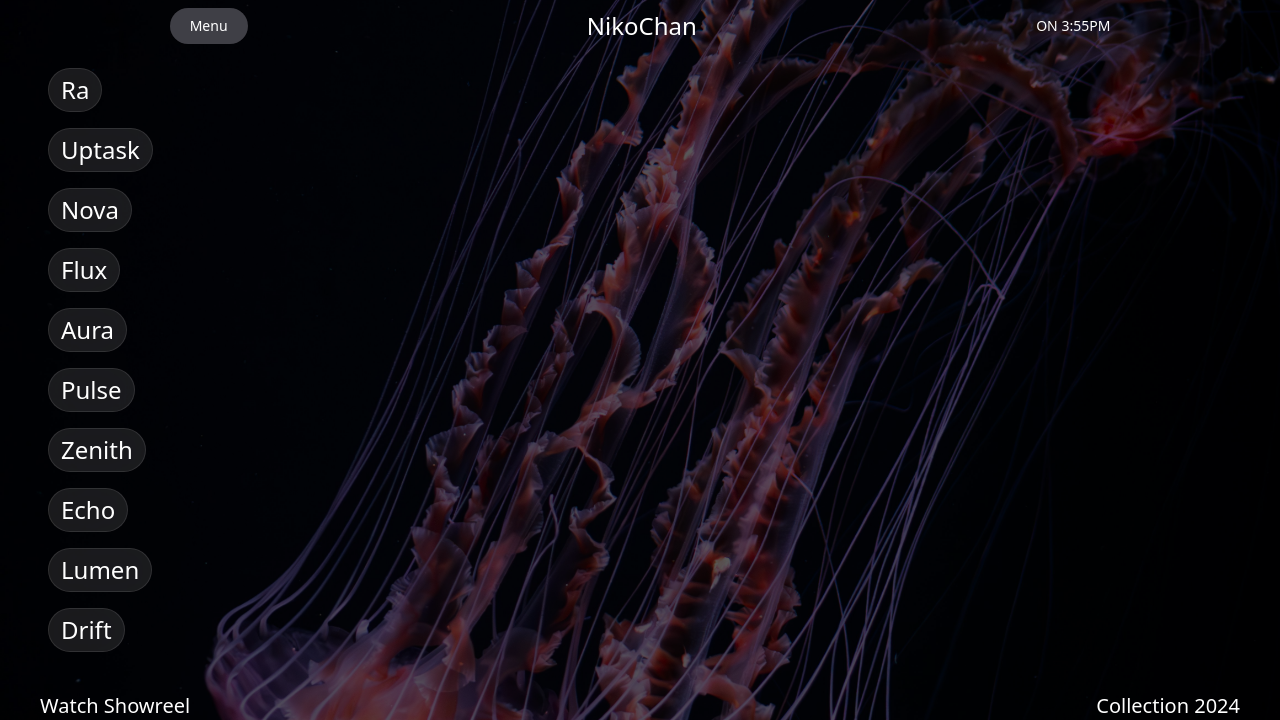
Repository: nikhilsinghrathore1/Niks_indian_local
Page: /
An editor plug-in stored every save of this project. The page is shown before and after the next save, followed by the edit.
The browser window is 1280 px wide. The pictures show the whole page.
The project was rebuilt for these pictures with package versions that can differ from the ones it lists, and the page was loaded fresh each time. Also part of the build but not shown: vite.config.ts.

Above is the page before, as saved 2024-08-27 10:53:01.

### src/App.tsx
import { useState } from 'react'
import reactLogo from './assets/react.svg'
import viteLogo from '/vite.svg'
import './App.css'
import Landing from './Components/Landing'

function App() {
  const [count, setCount] = useState(0)

  return (
    <>

      <Landing/>
    </>
  )
}

export default App

### src/App.css
@font-face {
               font-family:font1 ;
               src: url("./assets/Fontspring-DEMO-rocgroteskcomp-regular.otf");
}

.f1{
               font-family: font1;
}

.item>p{
               padding: 6px 12px;

               font-weight: lighter;
               background-color: rgba(255, 255, 255, 0.1);
               border-radius: 40px;
               border: 1px solid rgba(255, 255, 255, 0.1);
               backdrop-filter: blur(20px);
               transition: 0.3s;
}

.item>p:hover{
               background: none;
               border: 1px solid rgba(255, 255, 255, 0.25);
}

.preview{
               position: fixed ;
               width: 100% ;
               height: 100% ;
               color: #fff;
               z-index: 1;
}

.preview-bg{
               position: absolute;
               width: 100%;
               pointer-events: none;
               height: 100%;
               opacity: 0.35;
}

.preview-title h1{
               font-weight:  lighter;
               font-size: 80px;
}

.preview p , .preview-description p{
               font-size: 14px;
               line-height: 120%;
}

.preview-varient-1 .preview-img{
               position: absolute;
               bottom: 0;
               right: 0;
               margin: 2em;
               width: 300px;
               height: 400px;
               clip-path: polygon(0% 100%, 100%, 100% , 100% 100% , 0% 100%);

}

.preview-varient-1 .preview-title{
               position: absolute;
               top: 35%;
               left: 25%;
}
.preview-varient-1 .preview-tags{
               position: absolute;
               top: 35%;
               left: 40%;
}

.preview-varient-1 .preview-description{
               width: 250px;
               position: absolute;
               top: 25%;
               right: 25%;
}
.preview-varient-3 .preview-img{
               position: absolute;
               bottom: 10%;
               left: 15%;
               margin: 2em;
               width: 300px;
               height: 400px;
               clip-path: polygon(0% 0%, 0%, 0% , 0% 100% , 0% 100%);

}

.preview-varient-3 .preview-title{
               position: absolute;
               bottom: 40%;
               right: 15%;
}
.preview-varient-3 .preview-tags{
               position: absolute;
               bottom: 20%;
               right: 30%;
}

.preview-varient-3 .preview-description{
               width: 250px;
               position: absolute;
               left: 20%;
               top: 15%;
}
.preview-varient-2 .preview-img{
               position: absolute;
               top: 10%;
               right: 5%;
               margin: 2em;
               width: 300px;
               height: 400px;
               clip-path: polygon(100% 0%, 100%, 0% , 100% 100% , 100% 100%);

}

.preview-varient-2 .preview-title{
               position: absolute;
               bottom: 30%;
               left: 50%;
}
.preview-varient-2 .preview-tags{
               position: absolute;
               top: 25%;
               left: 25%;
}

.preview-varient-3 .preview-description{
               width: 250px;
               position: absolute;
               right: 10%;
               bottom: 15%;
}

### src/Components/Landing.tsx
// Landing.tsx
import { useEffect, useRef } from 'react';
import gsap from 'gsap';
import img1 from '../assets/img1.jpg';
import img2 from '../assets/img2.jpg';
import img3 from '../assets/img3.jpg';
import img4 from '../assets/img4.jpg';
import img5 from '../assets/img5.jpg';
import img6 from '../assets/img6.jpg';
import img7 from '../assets/img7.jpg';
import img8 from '../assets/img8.jpg';
import img9 from '../assets/img9.jpg';
import img10 from '../assets/img10.jpg';
import defaultBg from '../assets/default-bg.jpg';

interface TransformProps {
  x?: number;
  y?: number;
  opacity?: number;
}

type VariantTransform = {
  [key: string]: {
    [elementClass: string]: TransformProps;
  };
};

const mapClasses = [
  'variant-1',
  'variant-2',
  'variant-3',
  'variant-1',
  'variant-2',
  'variant-3',
  'variant-1',
  'variant-2',
  'variant-3',
  'variant-1',
];

const previews = [
  {
    img: img1,
    title: 'Ra',
    tags: 'Futuristic Fashion, Minimal Design',
    description:
      'Exploring the intersection of minimalism and future fashion trends in web design.',
    bg: img1,
  },
  {
    img: img2,
    title: 'Uptask',
    tags: 'Fashion Innovation, Graphic Simplicity',
    description:
      'Innovative fashion web design with a core focus on simplicity and elegance.',
    bg: img2,
  },
  {
    img: img3,
    title: 'Nova',
    tags: 'Space Inspired, Modern Aesthetics',
    description:
      'A modern take on space-inspired designs blending technology and art.',
    bg: img3,
  },
  {
    img: img4,
    title: 'Flux',
    tags: 'Dynamic Layouts, Vibrant Colors',
    description:
      'Dynamic and colorful layouts that capture attention and engage users.',
    bg: img4,
  },
  {
    img: img5,
    title: 'Aura',
    tags: 'Serene Designs, Pastel Themes',
    description:
      'Creating calm and soothing user experiences through pastel-themed designs.',
    bg: img5,
  },
  {
    img: img6,
    title: 'Pulse',
    tags: 'Energetic Vibes, Bold Typography',
    description:
      'Harnessing energy and movement with bold typography and striking visuals.',
    bg: img6,
  },
  {
    img: img7,
    title: 'Zenith',
    tags: 'Peak Performance, Sleek Interfaces',
    description:
      'Designs focused on peak performance and sleek, intuitive interfaces.',
    bg: img7,
  },
  {
    img: img8,
    title: 'Echo',
    tags: 'Repetitive Patterns, Minimalist Touch',
    description:
      'Utilizing repetitive patterns to create harmony and balance in design.',
    bg: img8,
  },
  {
    img: img9,
    title: 'Lumen',
    tags: 'Light Themes, Clarity Focused',
    description:
      'Emphasizing clarity and readability through light-themed designs.',
    bg: img9,
  },
  {
    img: img10,
    title: 'Drift',
    tags: 'Fluid Movements, Abstract Forms',
    description:
      'Incorporating fluid movements and abstract forms for a unique user experience.',
    bg: img10,
  },
];

const Landing: React.FC = () => {
  const containerRef = useRef<HTMLDivElement>(null);
  const previewBgRef = useRef<HTMLDivElement>(null);
  const itemsRef = useRef<Array<HTMLDivElement | null>>([]);

  useEffect(() => {
    const defaultClipPath: { [key: string]: string } = {
      'variant-1': 'polygon(0% 100%, 100% 100%, 100% 100%, 0% 100%)',
      'variant-2': 'polygon(100% 0%, 100% 0%, 100% 100%, 100% 100%)',
      'variant-3': 'polygon(0% 0%, 0% 0%, 0% 100%, 0% 100%)',
    };

    const variantTransform: VariantTransform = {
      'variant-1': {
        title: { x: 75, opacity: 0 },
        tags: { y: -75, opacity: 0 },
        description: { x: -75, opacity: 0 },
      },
      'variant-2': {
        title: { x: -75, opacity: 0 },
        tags: { y: -75, opacity: 0 },
        description: { y: 75, opacity: 0 },
      },
      'variant-3': {
        title: { x: 75, opacity: 0 },
        tags: { y: 75, opacity: 0 },
        description: { x: 75, opacity: 0 },
      },
    };

    const getDefaultClipPath = (previewElement: HTMLDivElement): string => {
      for (const variant in defaultClipPath) {
        if (previewElement.classList.contains(variant)) {
          return defaultClipPath[variant];
        }
      }
      return 'polygon(100% 0%, 0% 0%, 0% 100%, 100% 100%)';
    };

    const applyVariantStyle = (
      previewElement: HTMLDivElement,
      reset: boolean = false
    ) => {
      const variant = mapClasses[Array.from(previewElement.classList).findIndex(cls => cls.startsWith('variant-'))];
      if (variant && variantTransform[variant]) {
        Object.entries(variantTransform[variant]).forEach(
          ([elementClass, transform]) => {
            const element = previewElement.querySelector(
              `.preview-${elementClass}`
            ) as HTMLElement;
            if (element) {
              gsap.set(element, reset ? transform : { x: 0, y: 0, opacity: 1 });
            }
          }
        );
      }
    };

    const changeBg = (newImgSrc: string) => {
      if (previewBgRef.current) {
        gsap.to(previewBgRef.current, {
          backgroundImage: `url(${newImgSrc})`,
          duration: 0.5,
          ease: 'power3.out',
        });
      }
    };

    // Create preview elements
    previews.forEach((preview, index) => {
      const previewElement = document.createElement('div');
      previewElement.className = `preview ${mapClasses[index]} preview-${index + 1}`;
      previewElement.style.opacity = '0';
      previewElement.style.position = 'absolute';
      previewElement.style.top = '50%';
      previewElement.style.left = '50%';
      previewElement.style.transform = 'translate(-50%, -50%)';
      previewElement.style.pointerEvents = 'none';
      previewElement.innerHTML = `
        <div class="preview-img">
          <img src="${preview.img}" alt="${preview.title}" />
        </div>
        <div class="preview-title">
          <h1>${preview.title}</h1>
        </div>
        <div class="preview-tags">
          <p>${preview.tags}</p>
        </div>
        <div class="preview-description">
          <p>${preview.description}</p>
        </div>
      `;
      if (containerRef.current) {
        containerRef.current.appendChild(previewElement);
        applyVariantStyle(previewElement, true);
      }
    });

    let activePreview: HTMLDivElement | null = null;

    itemsRef.current.forEach((item, index) => {
      if (item) {
        item.addEventListener('mouseenter', () => {
          const newBg = previews[index].bg;
          changeBg(newBg);

          const newActivePreview = containerRef.current?.querySelector(
            `.preview-${index + 1}`
          ) as HTMLDivElement;

          if (activePreview && activePreview !== newActivePreview) {
            gsap.to(activePreview, {
              opacity: 0,
              duration: 0.5,
              ease: 'power3.out',
              onComplete: () => applyVariantStyle(activePreview!, true),
            });
          }

          gsap.to(newActivePreview, {
            opacity: 1,
            duration: 0.5,
            ease: 'power3.out',
            onStart: () => applyVariantStyle(newActivePreview, false),
          });

          activePreview = newActivePreview;
        });

        item.addEventListener('mouseleave', () => {
          if (activePreview) {
            gsap.to(activePreview, {
              opacity: 0,
              duration: 0.5,
              ease: 'power3.out',
              onComplete: () => applyVariantStyle(activePreview!, true),
            });
            activePreview = null;
            changeBg(defaultBg);
          }
        });
      }
    });

    // Set initial background
    changeBg(defaultBg);
  }, []);

  return (
    <div className='w-full h-screen overflow-hidden fixed text-white bg-black'>
      {/* Nav Bar */}
      <nav className='w-full fixed flex pt-2 items-center justify-around text-lg z-50'>
        <div className='menu-btn w-fit bg-zinc-700 rounded-full backdrop-blur-md px-5 py-2 cursor-pointer'>
          <h1 className='text-sm'>Menu</h1>
        </div>
        <div className='logo text-2xl'>
          <h1>NikoChan</h1>
        </div>
        <div className='local-time text-sm'>
          <h1>ON 3:55PM</h1>
        </div>
      </nav>

      {/* Footer */}
      <div className='footer fixed px-10 bottom-0 text-xl flex items-center justify-between w-full z-50'>
        <p>Watch Showreel</p>
        <p>Collection 2024</p>
      </div>

      {/* Items List */}
      <div
        className='items fixed w-1/3 h-full flex flex-col px-12 text-2xl leading-tight capitalize justify-center z-30'
        >
        {previews.map((preview, index) => (
          <div
            key={index}
            className='item w-fit py-2 cursor-pointer'
            ref={(el) => (itemsRef.current[index] = el)}
          >
            <p>{preview.title}</p>
          </div>
        ))}
      </div>

      {/* Preview Background */}
      <div
        className='preview-bg fixed top-0 left-0 w-full h-full bg-cover bg-center z-10 transition-all duration-500 ease-out'
        ref={previewBgRef}
      ></div>

      {/* Preview Container */}
      <div
        className='preview-container fixed top-0 left-0 w-full h-full pointer-events-none z-20'
        ref={containerRef}
      ></div>
    </div>
  );
};

export default Landing;

Loaded but not shown: index.html (common file); src/main.tsx (common file); src/index.css (common file); tailwind.config.js (common file)

After the next save:
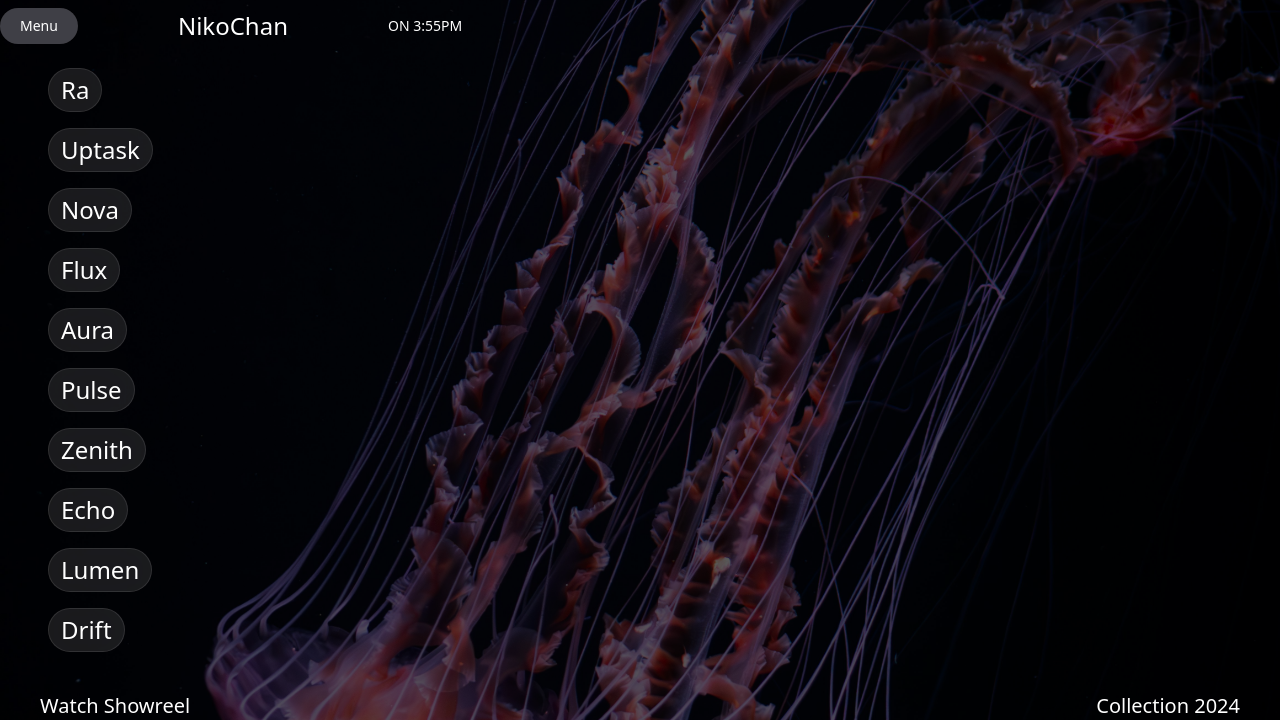
Saved 19 s later.
--- a/src/Components/Landing.tsx
+++ b/src/Components/Landing.tsx
@@ -272,7 +272,7 @@ const Landing: React.FC = () => {
   return (
     <div className='w-full h-screen overflow-hidden fixed text-white bg-black'>
       {/* Nav Bar */}
-      <nav className='w-full fixed flex pt-2 items-center justify-around text-lg z-50'>
+      <nav className='w-full fixed flex pt-2 items-center gap-[100px] text-lg z-50'>
         <div className='menu-btn w-fit bg-zinc-700 rounded-full backdrop-blur-md px-5 py-2 cursor-pointer'>
           <h1 className='text-sm'>Menu</h1>
         </div>
